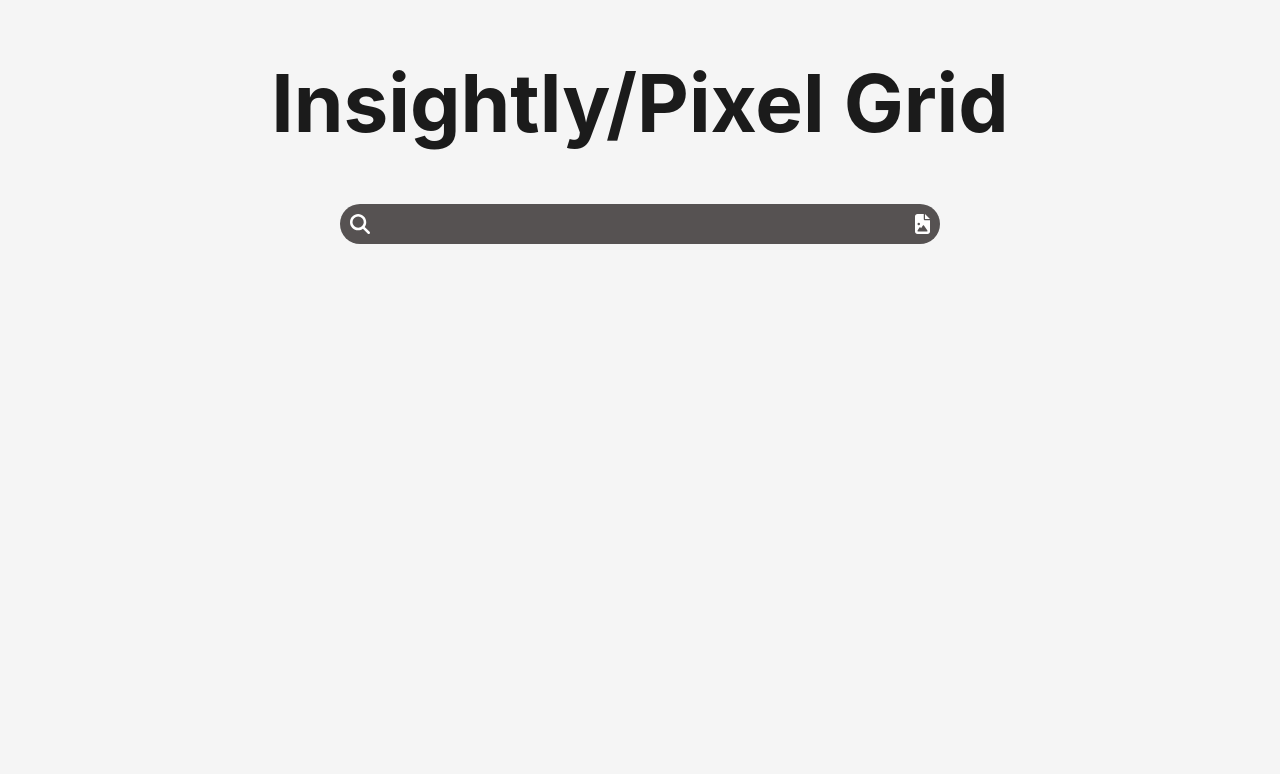
Repository: Zalida-Khan/PixelGrid
Page: /
These files come from the project's save history. The page is drawn as it stood at one moment and after the next save; the edit follows.
The browser window is 1280 px wide. The pictures show the whole page.
The project was rebuilt for these pictures with package versions that can differ from the ones it lists, and the page was loaded fresh each time. Also part of the build but not shown: vite.config.js, src/components/imageShow.jsx.

Above is the page before, as saved 2024-10-21 20:39:11.

After the next save:
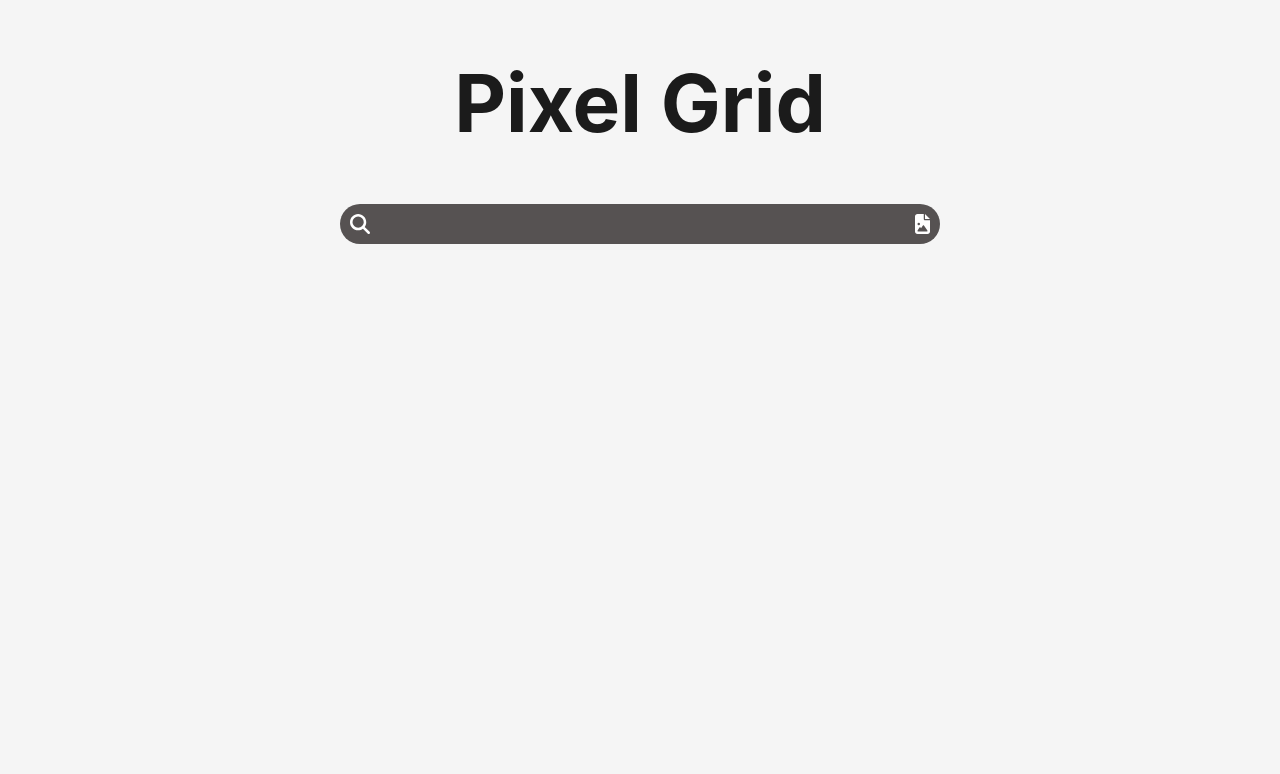
Saved 109 s later.
--- a/src/components/searchBar.jsx
+++ b/src/components/searchBar.jsx
@@ -23,7 +23,7 @@ function SearchBar({onSubmit}){
   return (
     <>
     <center>
-        <h1>Insightly/Pixel Grid</h1>
+        <h1>Pixel Grid</h1>
       </center>
     <div className='search-bar'>
     <form onSubmit={handelFormSubmit}>
